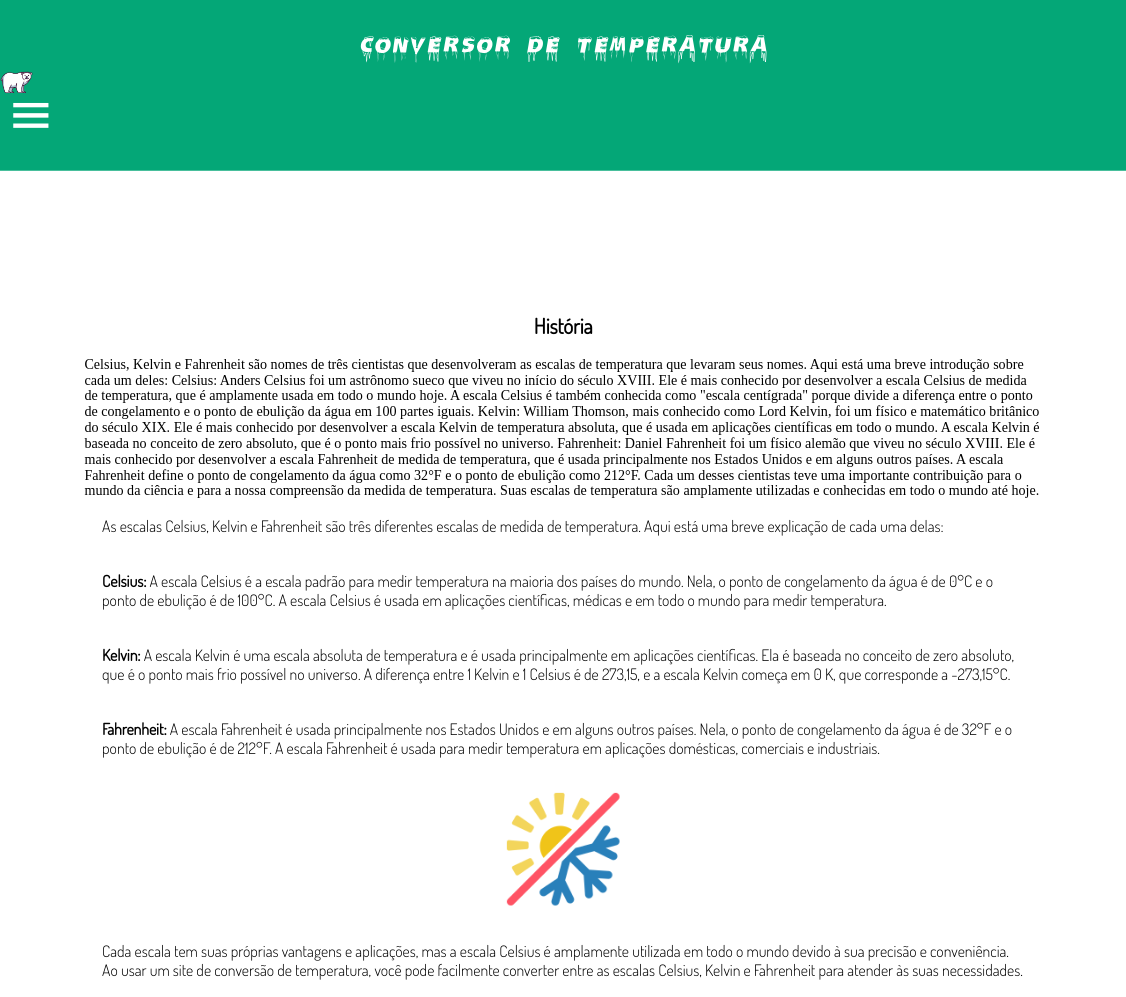
Repository: Leonngc/Conversor-de-temperatura
Page: history.html
An editor plug-in stored every save of this project. The page is shown before and after the next save, followed by the edit.
The browser window is 1280 px wide. The pictures show the whole page, at 88% of full size.
Some web libraries are served in a nearby version.

Above is the page before, as saved 2023-02-12 00:59:00.

### history.html
<!DOCTYPE html>
<html lang="pt-br">
  <head>
    <meta charset="UTF-8" />
    <meta http-equiv="X-UA-Compatible" content="IE=edge" />
    <meta name="viewport" content="width=device-width, initial-scale=1.0" />
    <link
      rel="stylesheet"
      href="https://cdn-uicons.flaticon.com/uicons-bold-straight/css/uicons-bold-straight.css"
    />
    <link
      rel="stylesheet"
      href="https://cdn-uicons.flaticon.com/uicons-brands/css/uicons-brands.css"
    />
    <link rel="stylesheet" href="history.css" />
    <script src="scripts/menu.js" defer></script>
    <title>História</title>
  </head>
  <body>
    <header>
      <h1>Conversor de Temperatura</h1>
      <img src="image/urso-polar.png" alt="" /><button id="menu-button">
        <i class="fi fi-bs-menu-burger"></i>
      </button>

      <menu>
        <ul id="links-menu">
          <li><a href="about.html">Sobre a página</a></li>
          <li><a href="history.html">História</a></li>
          <li><a href="projects.html">Outros Projetos</a></li>
        </ul>
      </menu>
    </header>
    <main>
      <h2>História</h2>

      <article>
        Celsius, Kelvin e Fahrenheit são nomes de três cientistas que desenvolveram as escalas de temperatura que levaram seus nomes. Aqui está uma breve introdução sobre cada um deles:

Celsius: Anders Celsius foi um astrônomo sueco que viveu no início do século XVIII. Ele é mais conhecido por desenvolver a escala Celsius de medida de temperatura, que é amplamente usada em todo o mundo hoje. A escala Celsius é também conhecida como "escala centígrada" porque divide a diferença entre o ponto de congelamento e o ponto de ebulição da água em 100 partes iguais.

Kelvin: William Thomson, mais conhecido como Lord Kelvin, foi um físico e matemático britânico do século XIX. Ele é mais conhecido por desenvolver a escala Kelvin de temperatura absoluta, que é usada em aplicações científicas em todo o mundo. A escala Kelvin é baseada no conceito de zero absoluto, que é o ponto mais frio possível no universo.

Fahrenheit: Daniel Fahrenheit foi um físico alemão que viveu no século XVIII. Ele é mais conhecido por desenvolver a escala Fahrenheit de medida de temperatura, que é usada principalmente nos Estados Unidos e em alguns outros países. A escala Fahrenheit define o ponto de congelamento da água como 32°F e o ponto de ebulição como 212°F.

Cada um desses cientistas teve uma importante contribuição para o mundo da ciência e para a nossa compreensão da medida de temperatura. Suas escalas de temperatura são amplamente utilizadas e conhecidas em todo o mundo até hoje.
      </article>

      <article>
        <p>
          As escalas Celsius, Kelvin e Fahrenheit são três diferentes escalas de
          medida de temperatura. Aqui está uma breve explicação de cada uma
          delas:
        </p>

        <p>
          <strong>Celsius:</strong> A escala Celsius é a escala padrão para
          medir temperatura na maioria dos países do mundo. Nela, o ponto de
          congelamento da água é de 0°C e o ponto de ebulição é de 100°C. A
          escala Celsius é usada em aplicações científicas, médicas e em todo o
          mundo para medir temperatura.
        </p>

        <p>
          <strong>Kelvin:</strong> A escala Kelvin é uma escala absoluta de
          temperatura e é usada principalmente em aplicações científicas. Ela é
          baseada no conceito de zero absoluto, que é o ponto mais frio possível
          no universo. A diferença entre 1 Kelvin e 1 Celsius é de 273,15, e a
          escala Kelvin começa em 0 K, que corresponde a -273,15°C.
        </p>
        <p>
          <strong>Fahrenheit:</strong> A escala Fahrenheit é usada
          principalmente nos Estados Unidos e em alguns outros países. Nela, o
          ponto de congelamento da água é de 32°F e o ponto de ebulição é de
          212°F. A escala Fahrenheit é usada para medir temperatura em
          aplicações domésticas, comerciais e industriais.
        </p>
        <div>
            <img src="image/temperaturas.png" alt="">
        </div>
        <p>
          Cada escala tem suas próprias vantagens e aplicações, mas a escala
          Celsius é amplamente utilizada em todo o mundo devido à sua precisão e
          conveniência. Ao usar um site de conversão de temperatura, você pode
          facilmente converter entre as escalas Celsius, Kelvin e Fahrenheit
          para atender às suas necessidades.
        </p>
      </article>
    </main>
  </body>
</html>

### history.css
@charset "UTF-8";
@import url('https://fonts.googleapis.com/css2?family= Dosis:wght@300 & display = swap');
@font-face {
    font-family: Title;
    src: url(fonts/IceCaps.ttf);
}

:root{
    --yellow: #F7FF58;
    --snow: #FBFBFF;
    --blackout: #040F16;
    --dosis: 'Dosis', sans-serif;
}

*{
    margin: 0;
    padding: 0;
    box-sizing: border-box;
}

header{
    background-color: #04A777;
    margin-bottom: 140px;
    max-width: 100vw;
    color: white;
    height: 27vh;
}

header > img{
    display: block;
    width: 38px;
}

header > h1{
    font-family: Title, sans-serif;
    font-weight: lighter;
    text-align: center;
    font-size: 35px;
    padding-top: 40px;
}

menu{
    background-color: #05C78D;
    padding: 10px;
    max-width: 100vw;
    display: none;
}

menu > ul{
    margin-left: 20px;
    font-size: 20px;
    font-family: var(--dosis);
    font-weight: bold;
    color: white;
}

menu > ul > li{
    padding: 5px;
}

li > a{
    text-decoration: none;
    color: #FBFBFF;
}

li > a:hover{
    color: #03583e;
    text-decoration: underline;
}

#menu-button{
    background-color: #03583e00;
    border: none;
    color: white;
    font-size: 40px;
    margin-left: 15px;
    margin-bottom: 12px;
}

main{
    margin: auto;
    width: 85vw;
}

main > h2{
    text-align: center;
    font-family: var(--dosis);
    padding: 20px;
}

article > p{
    font-family: var(--dosis);
    font-size: 18px;
    padding: 20px;
}

div > img{
    display: block;
    margin: auto;
    padding: 20px;
}

### scripts/menu.js
const menu = document.getElementById('menu-button');
const linkMenu = document.querySelector('menu')


menu.addEventListener('click', event =>{


    if(linkMenu.style.display =='none'){
        linkMenu.style.display = 'block'
    }else{
           linkMenu.style.display = 'none';
    }
})

After the next save:
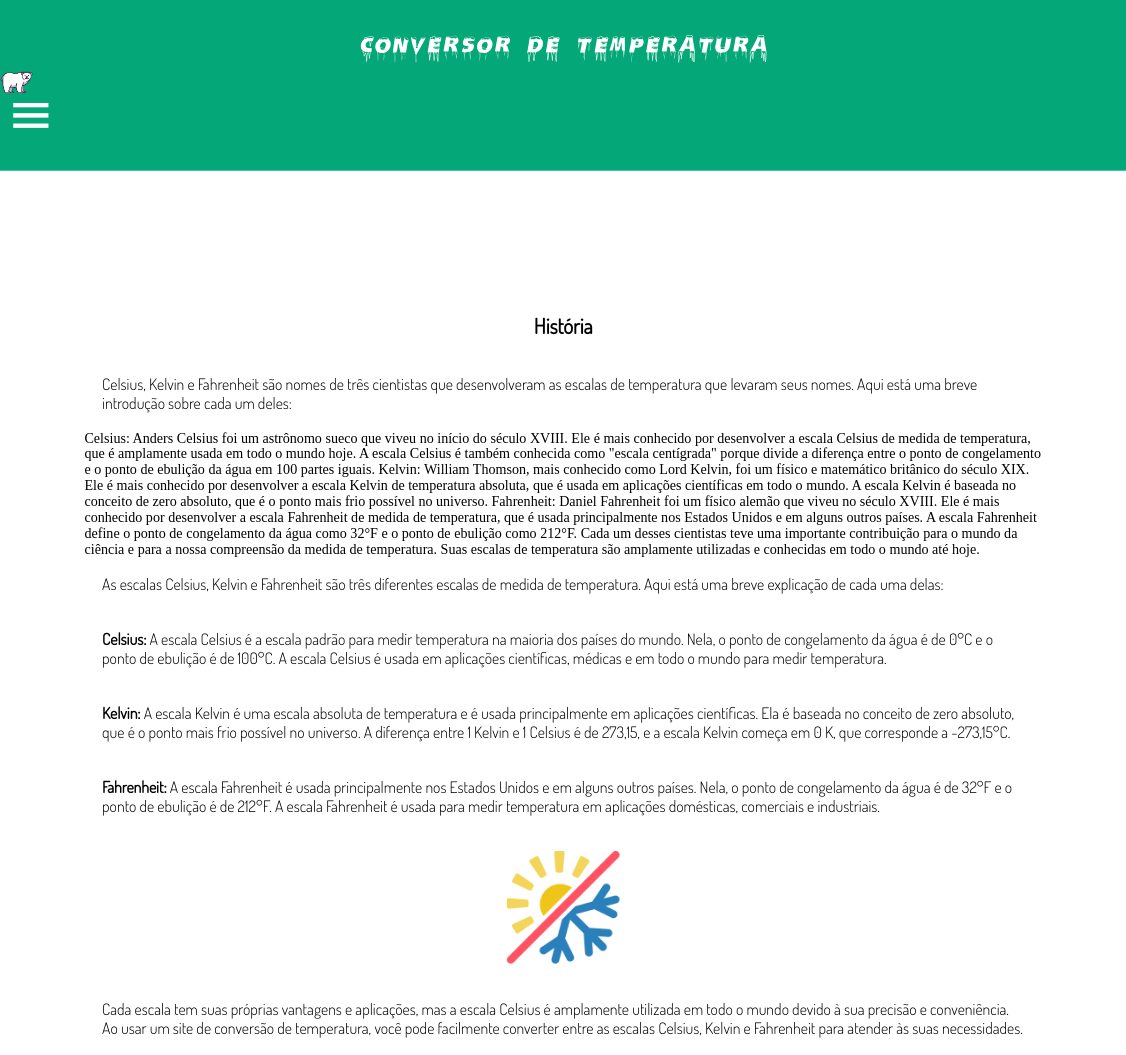
Saved 11 s later.
--- a/history.html
+++ b/history.html
@@ -35,7 +35,7 @@
       <h2>História</h2>
 
       <article>
-        Celsius, Kelvin e Fahrenheit são nomes de três cientistas que desenvolveram as escalas de temperatura que levaram seus nomes. Aqui está uma breve introdução sobre cada um deles:
+        <p>Celsius, Kelvin e Fahrenheit são nomes de três cientistas que desenvolveram as escalas de temperatura que levaram seus nomes. Aqui está uma breve introdução sobre cada um deles:</p>
 
 Celsius: Anders Celsius foi um astrônomo sueco que viveu no início do século XVIII. Ele é mais conhecido por desenvolver a escala Celsius de medida de temperatura, que é amplamente usada em todo o mundo hoje. A escala Celsius é também conhecida como "escala centígrada" porque divide a diferença entre o ponto de congelamento e o ponto de ebulição da água em 100 partes iguais.
 
